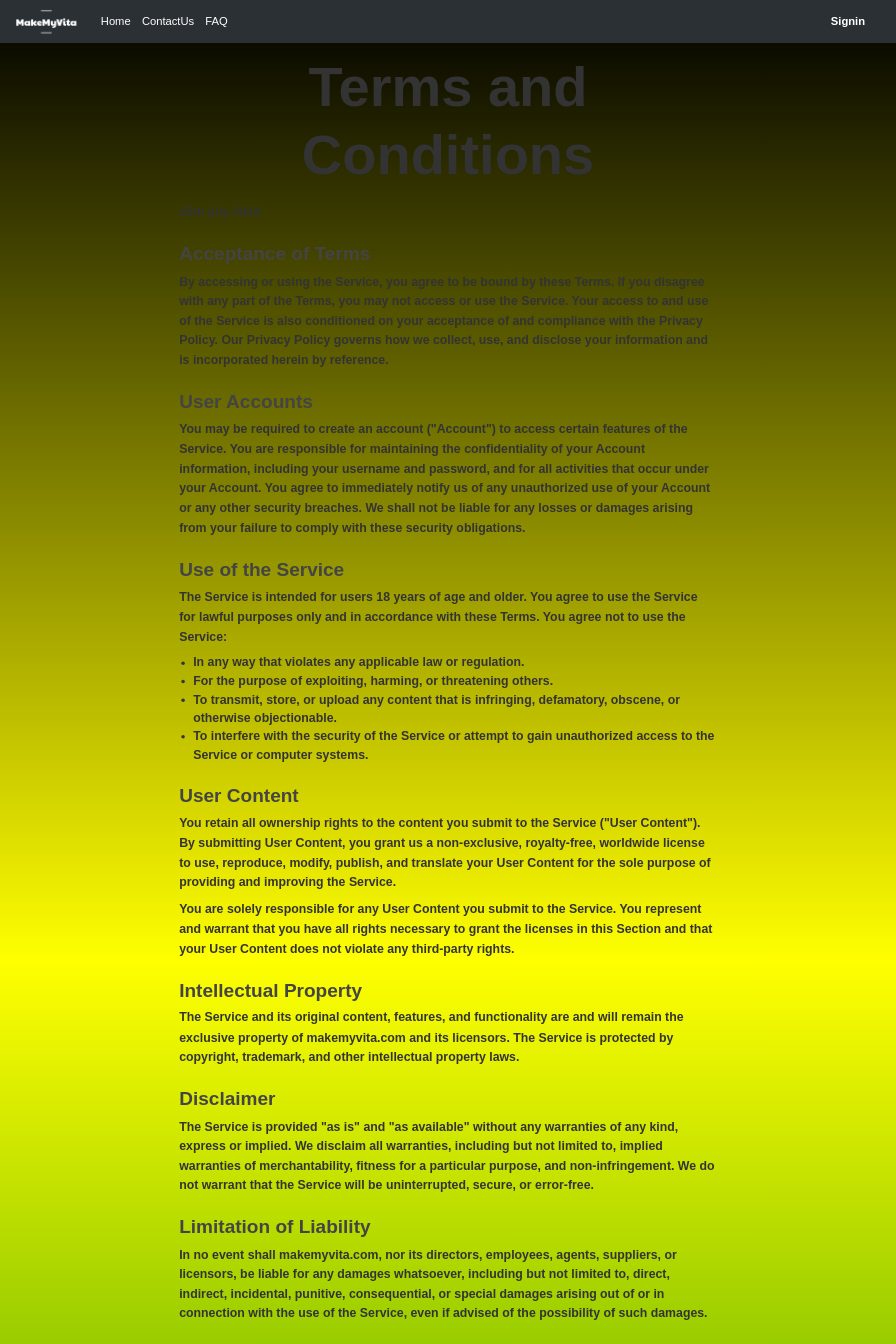
Repository: Tejaakshaykumar/MakeMyVita-Resume-Builder-Website
Page: /T&C (app in frontend/)
These files come from the project's save history. The page is drawn as it stood at one moment and after a run of saves; the edit follows.
The browser window is 1280 px wide. The pictures show the part of the page from y = 0 to 1920 px (the page is 2936 px tall), at 70% of full size.
Some web libraries are served in a nearby version. The project was rebuilt for these pictures with package versions that can differ from the ones it lists, and the page was loaded fresh each time. Also part of the build but not shown: frontend/src/App.css, frontend/src/containers/About.js, frontend/src/containers/Buildresume.js, frontend/src/containers/Images.js, frontend/src/containers/Features.js, frontend/src/containers/Review.js, frontend/src/containers/Trybox.js, frontend/src/containers/Motionbox.js and 5 more.

Above is the page before, as saved 2024-06-10 11:44:59.

After the next 2 saves:
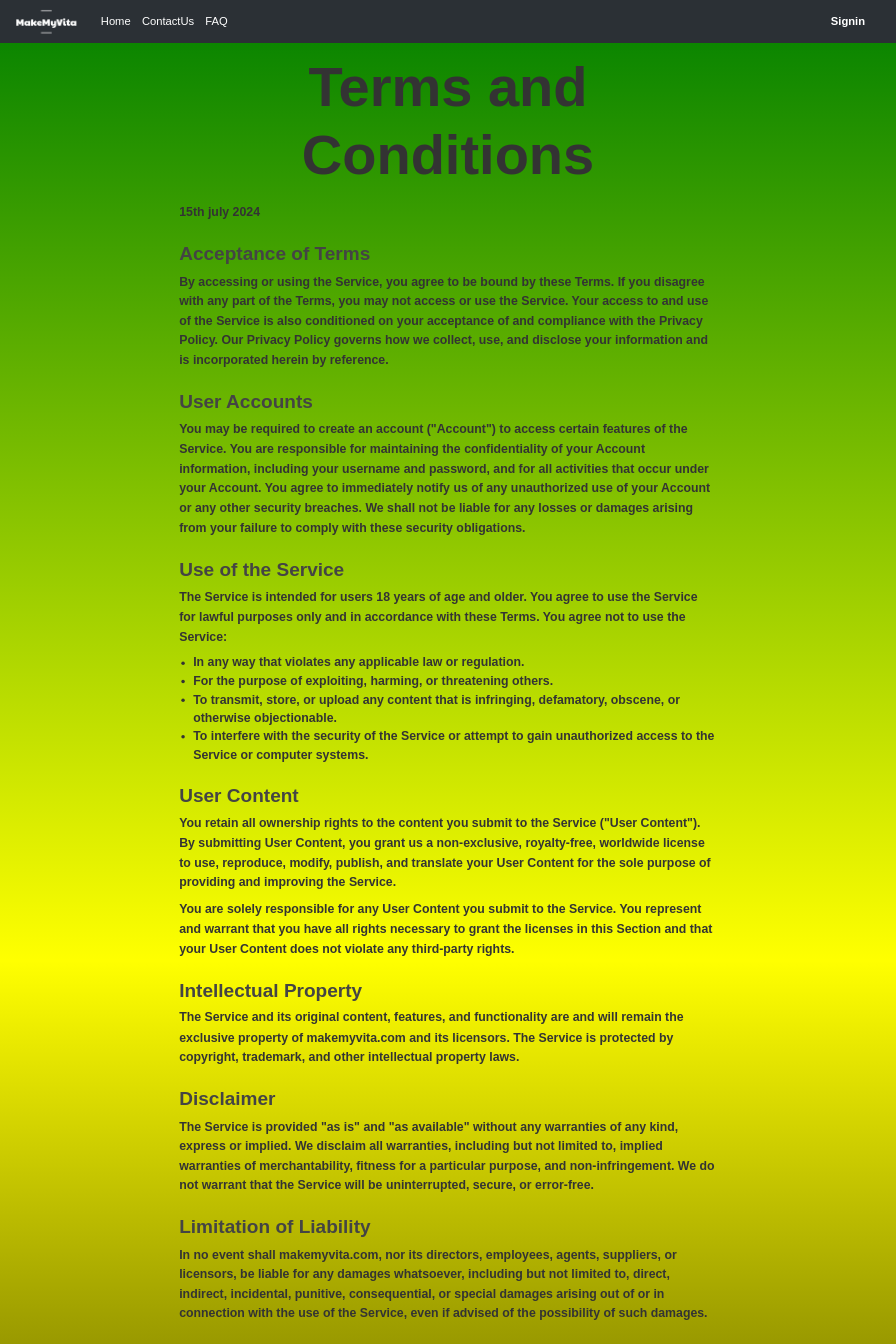
The 2 saves are shown as one change because they came seconds apart.
The last was saved 11 s later.
--- a/frontend/src/pages/pagestyles.css
+++ b/frontend/src/pages/pagestyles.css
@@ -5,7 +5,7 @@
     /* margin: 0 auto; */
     padding: 6% 20%;
     font-family: Arial, sans-serif;
-    background: linear-gradient(to bottom,rgb(0, 0, 0),yellow,green);
+    background: linear-gradient(to top,rgb(0, 0, 0),yellow,green);
     color: #333;
     /* margin-top: 7%; */
     margin-bottom: -2%;
